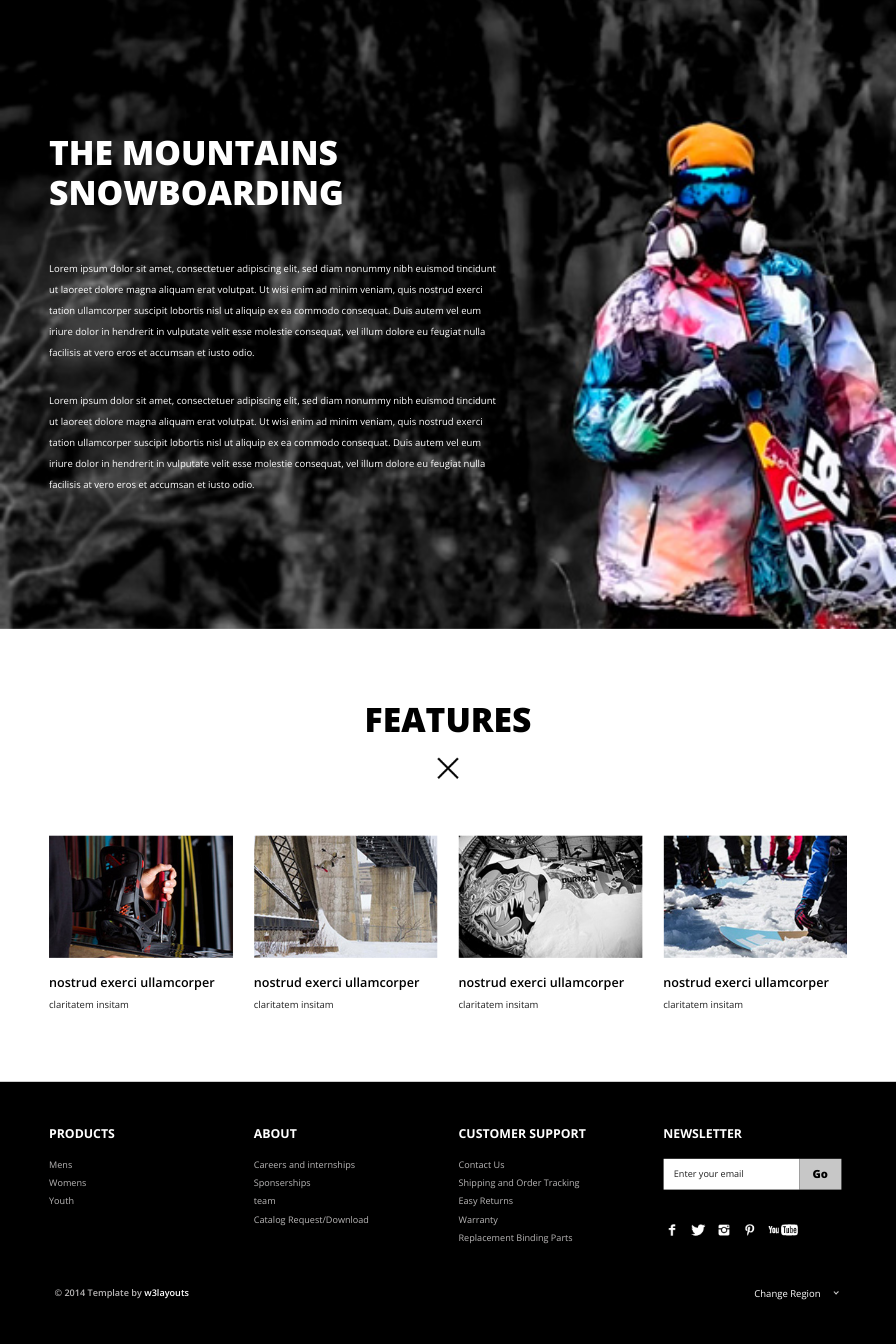
Repository: nder1996/Snowboarding
Page: index.html
An editor plug-in stored every save of this project. The page is shown before and after the next save, followed by the edit.
The browser window is 1280 px wide. The pictures show the part of the page from y = 1709 to 3629 px (the page is 3629 px tall), at 70% of full size.

Above is the page before, as saved 2021-11-23 15:14:22.

### index.html
<!--A Design by W3layouts
Author: W3layout
Author URL: http://w3layouts.com
License: Creative Commons Attribution 3.0 Unported
License URL: http://creativecommons.org/licenses/by/3.0/
-->
<!DOCTYPE HTML>
<html>
<head>
<title>Free Snow Bootstrap Website Template | Home :: w3layouts</title>
<link href="css/bootstrap.css" rel='stylesheet' type='text/css' />
<link href="css/style.css" rel='stylesheet' type='text/css' />
<meta name="viewport" content="width=device-width, initial-scale=1, maximum-scale=1">
<meta http-equiv="Content-Type" content="text/html; charset=utf-8" />
<link href='http://fonts.googleapis.com/css?family=Open+Sans:400,300,600,700,800' rel='stylesheet' type='text/css'>
<script type="application/x-javascript"> addEventListener("load", function() { setTimeout(hideURLbar, 0); }, false); function hideURLbar(){ window.scrollTo(0,1); } </script>
<script src="js/jquery.min.js"></script>
<!--<script src="js/jquery.easydropdown.js"></script>-->
<!--start slider -->
<link rel="stylesheet" href="css/fwslider.css" media="all">
<script src="js/jquery-ui.min.js"></script>
<script src="js/fwslider.js"></script>
<!--end slider -->
<script type="text/javascript">
        $(document).ready(function() {
            $(".dropdown img.flag").addClass("flagvisibility");

            $(".dropdown dt a").click(function() {
                $(".dropdown dd ul").toggle();
            });

            $(".dropdown dd ul li a").click(function() {
                var text = $(this).html();
                $(".dropdown dt a span").html(text);
                $(".dropdown dd ul").hide();
                $("#result").html("Selected value is: " + getSelectedValue("sample"));
            });

            function getSelectedValue(id) {
                return $("#" + id).find("dt a span.value").html();
            }

            $(document).bind('click', function(e) {
                var $clicked = $(e.target);
                if (! $clicked.parents().hasClass("dropdown"))
                    $(".dropdown dd ul").hide();
            });


            $("#flagSwitcher").click(function() {
                $(".dropdown img.flag").toggleClass("flagvisibility");
            });
        });
     </script>
</head>
<body>
	<div class="header">
		<div class="container">
			<div class="row">
			  <div class="col-md-12">
				 <div class="header-left">
					 <div class="logo">
						<a href="index.html"><img src="images/logo.png" alt=""/></a>
					 </div>
					 <div class="menu">
						  <a class="toggleMenu" href="#"><img src="images/nav.png" alt="" /></a>
						    <ul class="nav" id="nav">
						    	<li><a href="shop.html">Shop</a></li>
								<!--
						    	<li><a href="team.html">Team</a></li>
						    	<li><a href="experiance.html">Events</a></li>
						    	<li><a href="experiance.html">Experiance</a></li>
						    	<li><a href="shop.html">Company</a></li>
								-->
								<li><a href="contact.html">Contact</a></li>
								<div class="clear"></div>
							</ul>
							<script type="text/javascript" src="js/responsive-nav.js"></script>
				    </div>
	    		    <div class="clear"></div>
	    	    </div>
	            <div class="header_right">
	    		  <!-- start search-->
				      <div class="search-box">
							<div id="sb-search" class="sb-search">
								<form>
									<input class="sb-search-input" placeholder="Enter your search term..." type="search" name="search" id="search">
									<input class="sb-search-submit" type="submit" value="">
									<span class="sb-icon-search"> </span>
								</form>
							</div>
						</div>
						<!----search-scripts---->
						<script src="js/classie.js"></script>
						<script src="js/uisearch.js"></script>
						<script>
							new UISearch( document.getElementById( 'sb-search' ) );
						</script>
						<!----//search-scripts---->
				    <ul class="icon1 sub-icon1 profile_img">
					 <li><a class="active-icon c1" href="#"> </a>
						<ul class="sub-icon1 list">
						  <div class="product_control_buttons">
						  	<a href="#"><img src="images/edit.png" alt=""/></a>
						  		<a href="#"><img src="images/close_edit.png" alt=""/></a>
						  </div>
						   <div class="clear"></div>
						  <li class="list_img"><img src="images/1.jpg" alt=""/></li>
						  <li class="list_desc"><h4><a href="#">velit esse molestie</a></h4><span class="actual">1 x
                          $12.00</span></li>
						  <div class="login_buttons">
							 <div class="check_button"><a href="checkout.html">Check out</a></div>
							 <div class="login_button"><a href="login.html">Login</a></div>
							 <div class="clear"></div>
						  </div>
						  <div class="clear"></div>
						</ul>
					 </li>
				   </ul>
		           <div class="clear"></div>
	       </div>
	      </div>
		 </div>
	    </div>
	</div>
	<div class="banner">
	<!-- start slider -->
       <div id="fwslider">
         <div class="slider_container">
            <div class="slide">
                <!-- Slide image -->
               <img src="images/slider1.jpg" class="img-responsive" alt=""/>
                <!-- /Slide image -->
                <!-- Texts container -->
                <div class="slide_content">
                    <div class="slide_content_wrap">
                        <!-- Text title -->
                        <h1 class="title">Run Over<br>Everything</h1>
                        <!-- /Text title -->
                        <div class="button"><a href="#">See Details</a></div>
                    </div>
                </div>
               <!-- /Texts container -->
            </div>
            <!-- /Duplicate to create more slides -->
            <div class="slide">
               <img src="images/slider2.jpg" class="img-responsive" alt=""/>
                <div class="slide_content">
                    <div class="slide_content_wrap">
                        <h1 class="title">Run Over<br>Everything</h1>
                       	<div class="button"><a href="#">See Details</a></div>
                    </div>
                </div>
            </div>
            <!--/slide -->
        </div>
        <div class="timers"></div>
        <div class="slidePrev"><span></span></div>
        <div class="slideNext"><span></span></div>
       </div>
       <!--/slider -->
      </div>
	  <div class="main">
		<div class="content-top">
			<h2>snowboards</h2>
			<p>hendrerit in vulputate velit esse molestie consequat, vel illum dolore</p>
			<div class="close_but"><i class="close1"> </i></div>
				<ul id="flexiselDemo3">
				<li><img src="images/board1.jpg" /></li>
				<li><img src="images/board2.jpg" /></li>
				<li><img src="images/board3.jpg" /></li>
				<li><img src="images/board4.jpg" /></li>
				<li><img src="images/board5.jpg" /></li>
			</ul>
		<h3>SnowBoard Extreme Series</h3>
			<script type="text/javascript">
		$(window).load(function() {
			$("#flexiselDemo3").flexisel({
				visibleItems: 5,
				animationSpeed: 1000,
				autoPlay: true,
				autoPlaySpeed: 3000,
				pauseOnHover: true,
				enableResponsiveBreakpoints: true,
		    	responsiveBreakpoints: {
		    		portrait: {
		    			changePoint:480,
		    			visibleItems: 1
		    		},
		    		landscape: {
		    			changePoint:640,
		    			visibleItems: 2
		    		},
		    		tablet: {
		    			changePoint:768,
		    			visibleItems: 3
		    		}
		    	}
		    });

		});
		</script>
		<script type="text/javascript" src="js/jquery.flexisel.js"></script>
		</div>
	</div>
	<div class="content-bottom">
		<div class="container">
			<div class="row content_bottom-text">
			  <div class="col-md-7">
				<h3>The Mountains<br>Snowboarding</h3>
				<p class="m_1">Lorem ipsum dolor sit amet, consectetuer adipiscing elit, sed diam nonummy nibh euismod tincidunt ut laoreet dolore magna aliquam erat volutpat. Ut wisi enim ad minim veniam, quis nostrud exerci tation ullamcorper suscipit lobortis nisl ut aliquip ex ea commodo consequat. Duis autem vel eum iriure dolor in hendrerit in vulputate velit esse molestie consequat, vel illum dolore eu feugiat nulla facilisis at vero eros et accumsan et iusto odio.</p>
				<p class="m_2">Lorem ipsum dolor sit amet, consectetuer adipiscing elit, sed diam nonummy nibh euismod tincidunt ut laoreet dolore magna aliquam erat volutpat. Ut wisi enim ad minim veniam, quis nostrud exerci tation ullamcorper suscipit lobortis nisl ut aliquip ex ea commodo consequat. Duis autem vel eum iriure dolor in hendrerit in vulputate velit esse molestie consequat, vel illum dolore eu feugiat nulla facilisis at vero eros et accumsan et iusto odio.</p>
			  </div>
			</div>
		</div>
	</div>
	<div class="features">
		<div class="container">
			<h3 class="m_3">Features</h3>
			<div class="close_but"><i class="close1"> </i></div>
			  <div class="row">
				<div class="col-md-3 top_box">
				  <div class="view view-ninth"><a href="single.html">
                    <img src="images/pic1.jpg" class="img-responsive" alt=""/>
                    <div class="mask mask-1"> </div>
                    <div class="mask mask-2"> </div>
                      <div class="content">
                        <h2>Hover Style #9</h2>
                        <p>Lorem ipsum dolor sit amet, consectetuer adipiscing.</p>
                      </div>
                   </a> </div
                  </div>
                  <h4 class="m_4"><a href="#">nostrud exerci ullamcorper</a></h4>
                  <p class="m_5">claritatem insitam</p>
                </div>
                <div class="col-md-3 top_box">
					<div class="view view-ninth"><a href="single.html">
                    <img src="images/pic2.jpg" class="img-responsive" alt=""/>
                    <div class="mask mask-1"> </div>
                    <div class="mask mask-2"> </div>
                      <div class="content">
                        <h2>Hover Style #9</h2>
                        <p>Lorem ipsum dolor sit amet, consectetuer adipiscing.</p>
                      </div>
                    </a> </div>
                   <h4 class="m_4"><a href="#">nostrud exerci ullamcorper</a></h4>
                   <p class="m_5">claritatem insitam</p>
				</div>
				<div class="col-md-3 top_box">
					<div class="view view-ninth"><a href="single.html">
                    <img src="images/pic3.jpg" class="img-responsive" alt=""/>
                    <div class="mask mask-1"> </div>
                    <div class="mask mask-2"> </div>
                      <div class="content">
                        <h2>Hover Style #9</h2>
                        <p>Lorem ipsum dolor sit amet, consectetuer adipiscing.</p>
                      </div>
                    </a> </div>
                   <h4 class="m_4"><a href="#">nostrud exerci ullamcorper</a></h4>
                   <p class="m_5">claritatem insitam</p>
				</div>
				<div class="col-md-3 top_box1">
					<div class="view view-ninth"><a href="single.html">
                    <img src="images/pic4.jpg" class="img-responsive" alt=""/>
                    <div class="mask mask-1"> </div>
                    <div class="mask mask-2"> </div>
                      <div class="content">
                        <h2>Hover Style #9</h2>
                        <p>Lorem ipsum dolor sit amet, consectetuer adipiscing.</p>
                      </div>
                     </a> </div>
                   <h4 class="m_4"><a href="#">nostrud exerci ullamcorper</a></h4>
                   <p class="m_5">claritatem insitam</p>
				</div>
			</div>
		 </div>
	    </div>
		<div class="footer">
			<div class="container">
				<div class="row">
					<div class="col-md-3">
						<ul class="footer_box">
							<h4>Products</h4>
							<li><a href="#">Mens</a></li>
							<li><a href="#">Womens</a></li>
							<li><a href="#">Youth</a></li>
						</ul>
					</div>
					<div class="col-md-3">
						<ul class="footer_box">
							<h4>About</h4>
							<li><a href="#">Careers and internships</a></li>
							<li><a href="#">Sponserships</a></li>
							<li><a href="#">team</a></li>
							<li><a href="#">Catalog Request/Download</a></li>
						</ul>
					</div>
					<div class="col-md-3">
						<ul class="footer_box">
							<h4>Customer Support</h4>
							<li><a href="#">Contact Us</a></li>
							<li><a href="#">Shipping and Order Tracking</a></li>
							<li><a href="#">Easy Returns</a></li>
							<li><a href="#">Warranty</a></li>
							<li><a href="#">Replacement Binding Parts</a></li>
						</ul>
					</div>
					<div class="col-md-3">
						<ul class="footer_box">
							<h4>Newsletter</h4>
							<div class="footer_search">
				    		   <form>
				    			<input type="text" value="Enter your email" onfocus="this.value = '';" onblur="if (this.value == '') {this.value = 'Enter your email';}">
				    			<input type="submit" value="Go">
				    		   </form>
					        </div>
							<ul class="social">
							  <li class="facebook"><a href="#"><span> </span></a></li>
							  <li class="twitter"><a href="#"><span> </span></a></li>
							  <li class="instagram"><a href="#"><span> </span></a></li>
							  <li class="pinterest"><a href="#"><span> </span></a></li>
							  <li class="youtube"><a href="#"><span> </span></a></li>
						    </ul>

						</ul>
					</div>
				</div>
				<div class="row footer_bottom">
				    <div class="copy">
			           <p>© 2014 Template by <a href="http://w3layouts.com" target="_blank">w3layouts</a></p>
		            </div>
					  <dl id="sample" class="dropdown">
				        <dt><a href="#"><span>Change Region</span></a></dt>
				        <dd>
				            <ul>
				                <li><a href="#">Australia<img class="flag" src="images/as.png" alt="" /><span class="value">AS</span></a></li>
				                <li><a href="#">Sri Lanka<img class="flag" src="images/srl.png" alt="" /><span class="value">SL</span></a></li>
				                <li><a href="#">Newziland<img class="flag" src="images/nz.png" alt="" /><span class="value">NZ</span></a></li>
				                <li><a href="#">Pakistan<img class="flag" src="images/pk.png" alt="" /><span class="value">Pk</span></a></li>
				                <li><a href="#">United Kingdom<img class="flag" src="images/uk.png" alt="" /><span class="value">UK</span></a></li>
				                <li><a href="#">United States<img class="flag" src="images/us.png" alt="" /><span class="value">US</span></a></li>
				            </ul>
				         </dd>
	   				  </dl>
   				</div>
			</div>
		</div>
</body>
</html>

### css/fwslider.css
/* ------------------------------- 3. Slider Styles ------------------------------- */
#fwslider {
    position: relative;
    width:100%;
}
#fwslider .slide {
    display: none;
    position: absolute;
    top:0;
    left:0;
    z-index: 0;
    width:100%;
}
#fwslider .slide img {
    width:100%;
}
#fwslider .slidePrev {
  	position: absolute;
    top:50%;
    left:-50px;
    z-index: 10;
}
#fwslider .slidePrev span {
	background-image: url("../images/img-sprite.png");
	width: 72px;
	height: 128px;
	float: left;
	background-position:-10px -243px;
	background-repeat: no-repeat;
	cursor: pointer;
}
#fwslider .slideNext {
   	position: absolute;
    top:50%;
    right:-50px;
   	z-index: 10;
}
#fwslider .slideNext span {
 	background-image: url("../images/img-sprite.png");
	width: 72px;
	height: 128px;
	float: left;
	background-position:-105px -243px;
	background-repeat: no-repeat;
	cursor: pointer;
}
#fwslider .timers {
    height:4px;
    position: absolute;
    bottom:15px;
    right:0;
    z-index: 3;
}
#fwslider .timer {
    height:4px;
    width:40px;
    background-color: #000;
    float:left;
    margin-right: 10px;
}
#fwslider .progress {
    height:4px;
    width:0%;
    background-color:#4cb1ca;
    float:left;
}
#fwslider .slide_content {
    top:0;
    left:0;
    position: absolute;
    width:100%;
    height:100%;
}
#fwslider .slide_content_wrap { /* Slider Text Content Container Style */
    max-width: 600px;
	margin: 12% auto;
}
#fwslider .title {  /* Slider Title Style */
	color: #FFF;
	font-size: 5em;
	padding-top: 5%;
	font-style: normal;
	text-transform: uppercase;
	border: none;
	font-weight: 800;
	line-height: 1.3em;
	margin-bottom: 5%;
}
/* ------------------------------- 4. Media Query Max Width 1300, Min Width 720 ------------------------------- */
/* ------------------------------- 5. Media Query Max Width 719 ------------------------------- */

@media only screen and (max-width:800px) {

    #fwslider .slide_content_wrap { display:none; }
    #fwslider .timers { display:none; }
    #fwslider .slide_content {cursor: pointer;}
	#fwslider .title {
		margin-left: 19%;
		font-size: 3em;
	}
}
@media (max-width:1366px){
   #fwslider .title {
		margin-left:8%;
		font-size: 4em;
	}
}
@media (max-width:768px)
	#fwslider .title {
		margin-left: 19%;
		font-size: 3em;
	}
}

Loaded but not shown: css/bootstrap.css (library); js/jquery.min.js (library); js/jquery-ui.min.js (library); js/fwslider.js (library); js/jquery.flexisel.js (library); js/uisearch.js (135 lines, source omitted); js/classie.js (80 lines, source omitted); js/responsive-nav.js (49 lines, source omitted); css/style.css (2033 lines, source omitted)

After the next save:
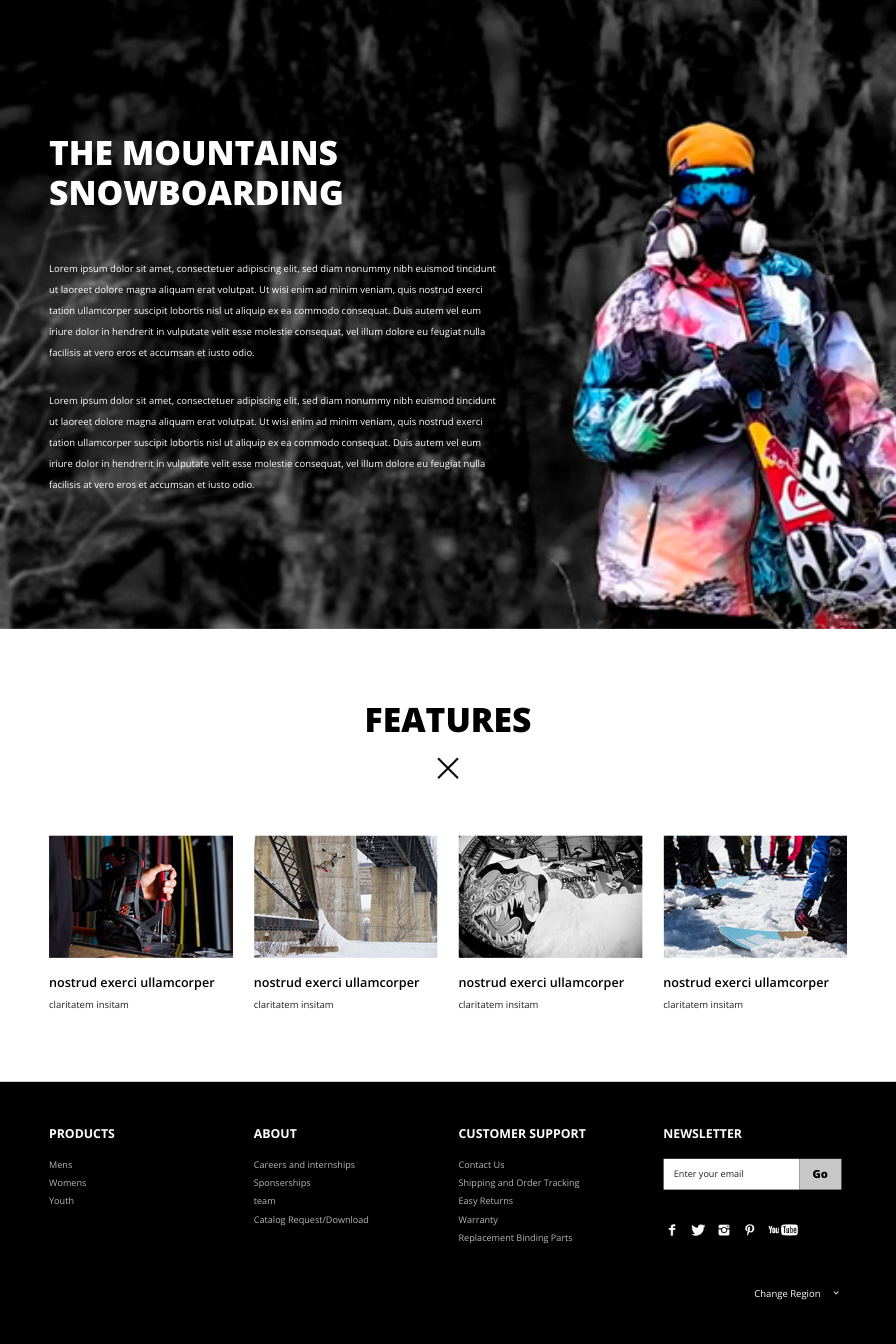
Saved 38 s later.
--- a/index.html
+++ b/index.html
@@ -326,9 +326,6 @@
 					</div>
 				</div>
 				<div class="row footer_bottom">
-				    <div class="copy">
-			           <p>© 2014 Template by <a href="http://w3layouts.com" target="_blank">w3layouts</a></p>
-		            </div>
 					  <dl id="sample" class="dropdown">
 				        <dt><a href="#"><span>Change Region</span></a></dt>
 				        <dd>
